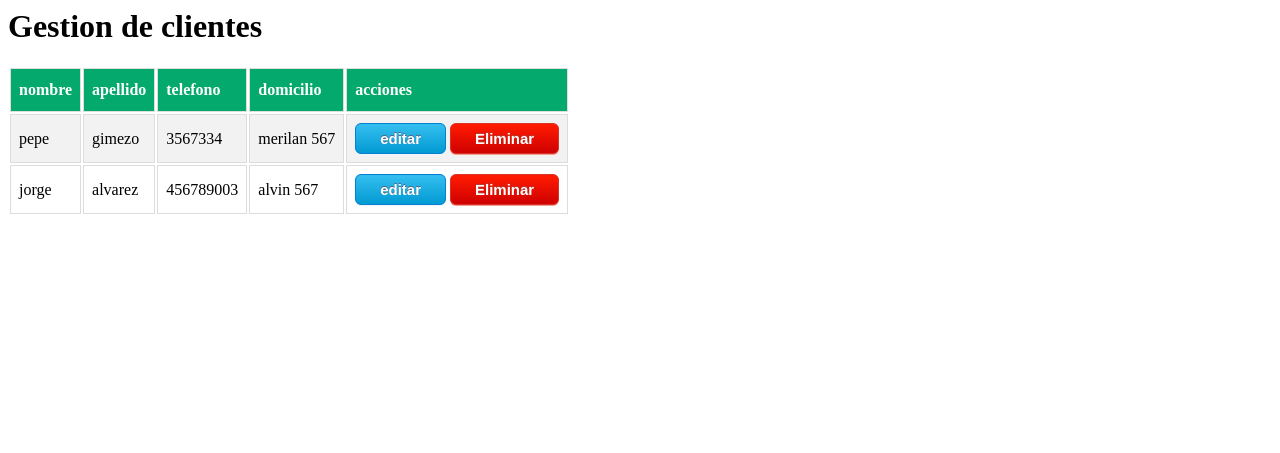
Repository: geraldine-ventura/Practicando.net
Page: index 2.html
These files come from the project's save history. The page is drawn as it stood at one moment and after the next save; the edit follows.
The browser window is 1280 px wide. The pictures show the whole page.

Above is the page before, as saved 2022-12-20 12:02:38.

After the next save:
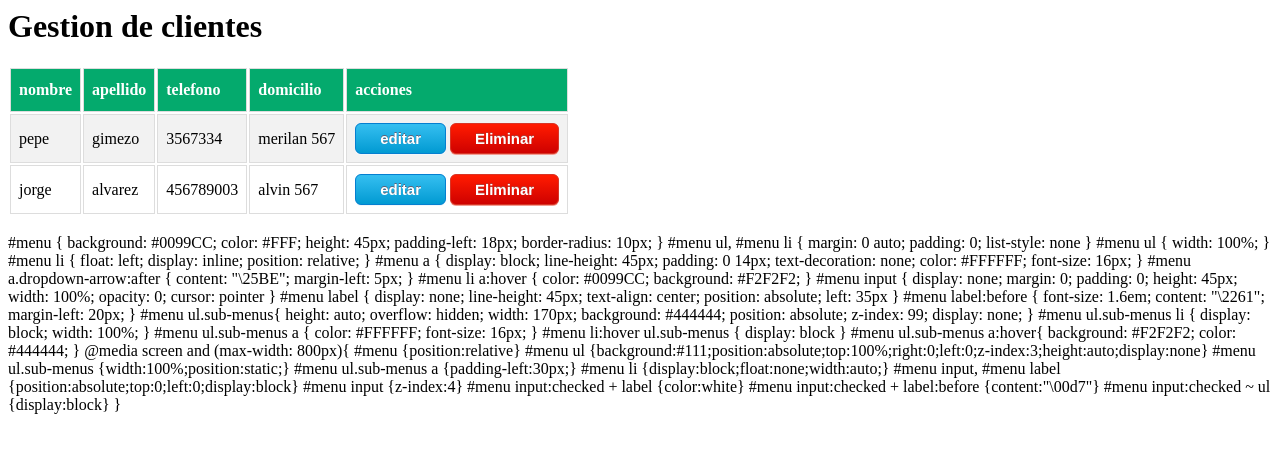
Saved 2 min 54 s later.
--- a/index 2.html
+++ b/index 2.html
@@ -31,3 +31,97 @@
           </td>
     </tr>
 </table>
+<br/>
+#menu {
+	background: #0099CC;
+	color: #FFF;
+	height: 45px;
+	padding-left: 18px;
+	border-radius: 10px;
+}
+#menu ul, #menu li {
+	margin: 0 auto;
+	padding: 0;
+	list-style: none
+}
+#menu ul {
+	width: 100%;
+}
+#menu li {
+	float: left;
+	display: inline;
+	position: relative;
+}
+#menu a {
+	display: block;
+	line-height: 45px;
+	padding: 0 14px;
+	text-decoration: none;
+	color: #FFFFFF;
+	font-size: 16px;
+}
+#menu a.dropdown-arrow:after {
+	content: "\25BE";
+	margin-left: 5px;
+}
+#menu li a:hover {
+	color: #0099CC;
+	background: #F2F2F2;
+}
+#menu input {
+	display: none;
+	margin: 0;
+	padding: 0;
+	height: 45px;
+	width: 100%;
+	opacity: 0;
+	cursor: pointer
+}
+#menu label {
+	display: none;
+	line-height: 45px;
+	text-align: center;
+	position: absolute;
+	left: 35px
+}
+#menu label:before {
+	font-size: 1.6em;
+	content: "\2261";
+	margin-left: 20px;
+}
+#menu ul.sub-menus{
+	height: auto;
+	overflow: hidden;
+	width: 170px;
+	background: #444444;
+	position: absolute;
+	z-index: 99;
+	display: none;
+}
+#menu ul.sub-menus li {
+	display: block;
+	width: 100%;
+}
+#menu ul.sub-menus a {
+	color: #FFFFFF;
+	font-size: 16px;
+}
+#menu li:hover ul.sub-menus {
+	display: block
+}
+#menu ul.sub-menus a:hover{
+	background: #F2F2F2;
+	color: #444444;
+}
+@media screen and (max-width: 800px){
+	#menu {position:relative}
+	#menu ul {background:#111;position:absolute;top:100%;right:0;left:0;z-index:3;height:auto;display:none}
+	#menu ul.sub-menus {width:100%;position:static;}
+	#menu ul.sub-menus a {padding-left:30px;}
+	#menu li {display:block;float:none;width:auto;}
+	#menu input, #menu label {position:absolute;top:0;left:0;display:block}
+	#menu input {z-index:4}
+	#menu input:checked + label {color:white}
+	#menu input:checked + label:before {content:"\00d7"}
+	#menu input:checked ~ ul {display:block}
+}

After the save that followed:
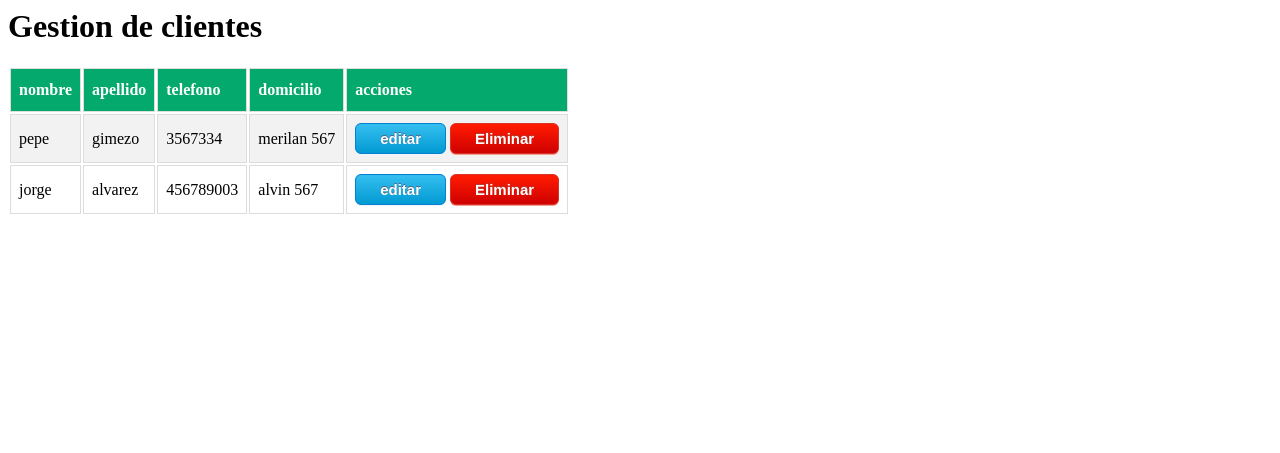
Saved 21 s later.
--- a/index 2.html
+++ b/index 2.html
@@ -32,96 +32,3 @@
     </tr>
 </table>
 <br/>
-#menu {
-	background: #0099CC;
-	color: #FFF;
-	height: 45px;
-	padding-left: 18px;
-	border-radius: 10px;
-}
-#menu ul, #menu li {
-	margin: 0 auto;
-	padding: 0;
-	list-style: none
-}
-#menu ul {
-	width: 100%;
-}
-#menu li {
-	float: left;
-	display: inline;
-	position: relative;
-}
-#menu a {
-	display: block;
-	line-height: 45px;
-	padding: 0 14px;
-	text-decoration: none;
-	color: #FFFFFF;
-	font-size: 16px;
-}
-#menu a.dropdown-arrow:after {
-	content: "\25BE";
-	margin-left: 5px;
-}
-#menu li a:hover {
-	color: #0099CC;
-	background: #F2F2F2;
-}
-#menu input {
-	display: none;
-	margin: 0;
-	padding: 0;
-	height: 45px;
-	width: 100%;
-	opacity: 0;
-	cursor: pointer
-}
-#menu label {
-	display: none;
-	line-height: 45px;
-	text-align: center;
-	position: absolute;
-	left: 35px
-}
-#menu label:before {
-	font-size: 1.6em;
-	content: "\2261";
-	margin-left: 20px;
-}
-#menu ul.sub-menus{
-	height: auto;
-	overflow: hidden;
-	width: 170px;
-	background: #444444;
-	position: absolute;
-	z-index: 99;
-	display: none;
-}
-#menu ul.sub-menus li {
-	display: block;
-	width: 100%;
-}
-#menu ul.sub-menus a {
-	color: #FFFFFF;
-	font-size: 16px;
-}
-#menu li:hover ul.sub-menus {
-	display: block
-}
-#menu ul.sub-menus a:hover{
-	background: #F2F2F2;
-	color: #444444;
-}
-@media screen and (max-width: 800px){
-	#menu {position:relative}
-	#menu ul {background:#111;position:absolute;top:100%;right:0;left:0;z-index:3;height:auto;display:none}
-	#menu ul.sub-menus {width:100%;position:static;}
-	#menu ul.sub-menus a {padding-left:30px;}
-	#menu li {display:block;float:none;width:auto;}
-	#menu input, #menu label {position:absolute;top:0;left:0;display:block}
-	#menu input {z-index:4}
-	#menu input:checked + label {color:white}
-	#menu input:checked + label:before {content:"\00d7"}
-	#menu input:checked ~ ul {display:block}
-}
